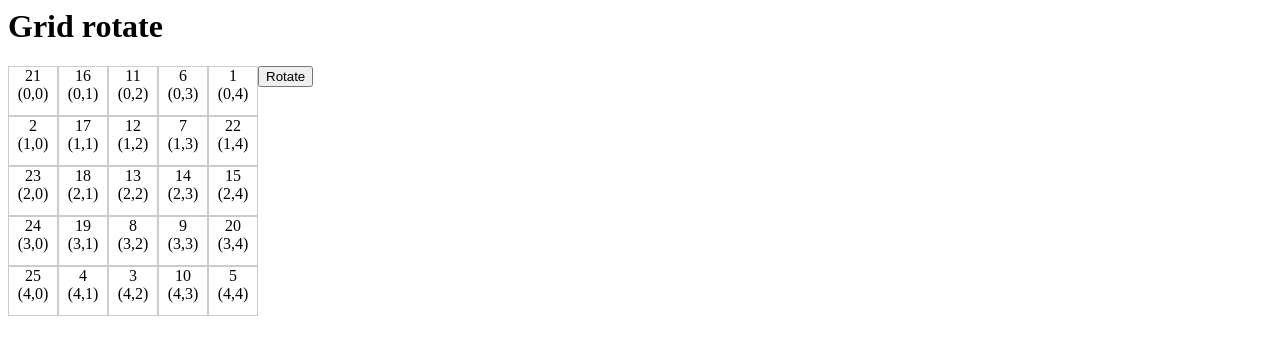
Repository: rashko/rotatematrix
Page: index.html
An editor plug-in stored every save of this project. The page is shown before and after the next save, followed by the edit.
The browser window is 1280 px wide. The pictures show the whole page.
After loading, the first visible `#rotator` was clicked once.

Above is the page before, as saved 2018-07-07 19:25:31.

After the next save:
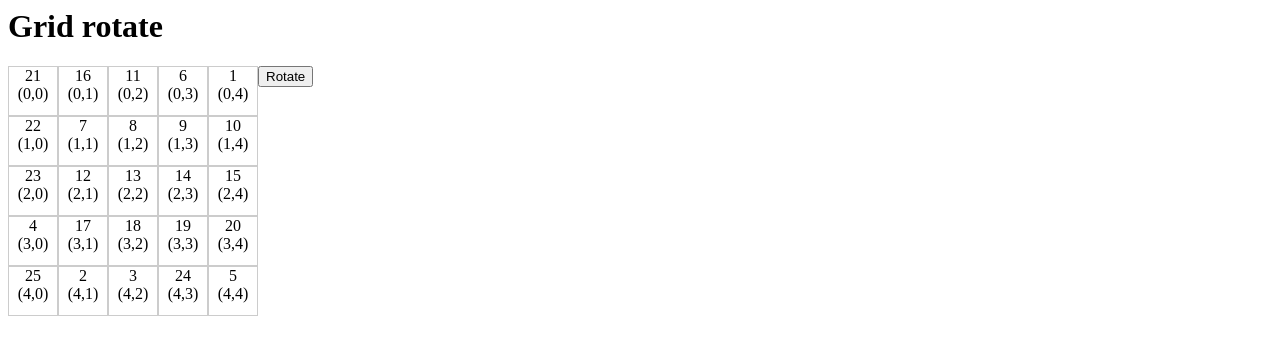
Saved 45 s later.
--- a/index.html
+++ b/index.html
@@ -62,12 +62,12 @@
 function rotate(){
     // rotGroup();
     for(x = 0; x < GRID_SIZE; x++){
-        // y = 0;
-        // rotGroup(x, y);
-        for(y = 0; y < GRID_SIZE; y++){
+        y = 0;
+        rotGroup(x, y);
+        // for(y = 0; y < GRID_SIZE; y++){
             //get first cell and put in line
-            rotGroup(x, y);
-        }
+            // rotGroup(x, y);
+        // }
     }
 }
 

After the save that followed:
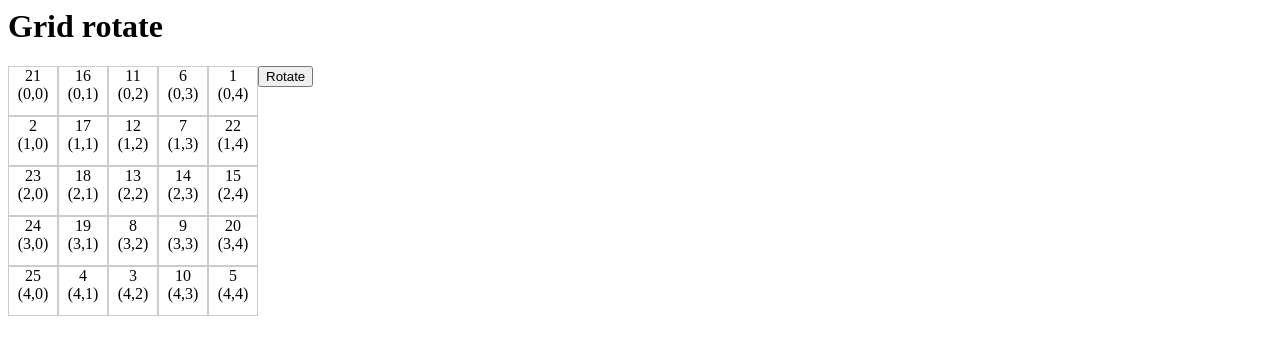
Saved 60 s later.
--- a/index.html
+++ b/index.html
@@ -62,12 +62,12 @@
 function rotate(){
     // rotGroup();
     for(x = 0; x < GRID_SIZE; x++){
-        y = 0;
-        rotGroup(x, y);
-        // for(y = 0; y < GRID_SIZE; y++){
-            //get first cell and put in line
-            // rotGroup(x, y);
-        // }
+        // y = 0;
+        // rotGroup(x, y);
+        for(y = 0; y < GRID_SIZE; y++){
+            // get first cell and put in line
+            rotGroup(x, y);
+        }
     }
 }
 
